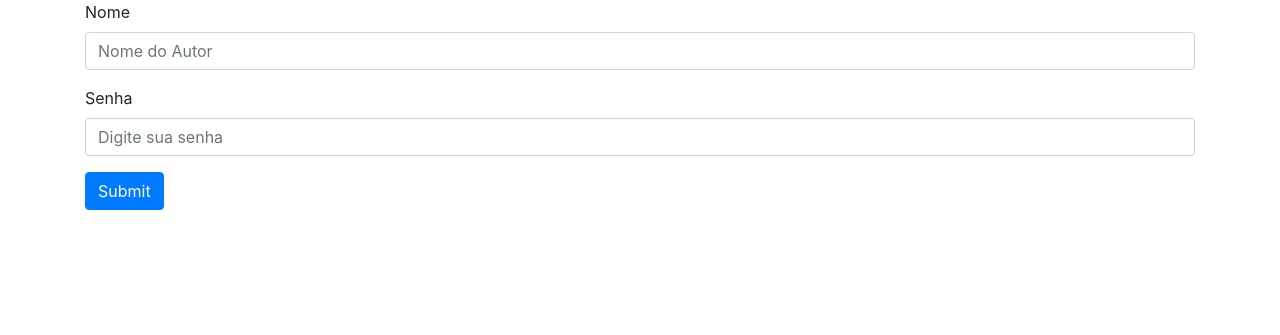
Repository: wellersonfc/simple-crud-react
Page: /
These files come from the project's save history. The page is drawn as it stood at one moment and after the next save; the edit follows.
The browser window is 1280 px wide. The pictures show the whole page.
The project was rebuilt for these pictures with package versions that can differ from the ones it lists, and the page was loaded fresh each time.

Above is the page before, as saved 2019-09-22 15:26:08.

### src/App.js
import React from 'react';
import logo from './logo.svg';
import 'bootstrap/dist/css/bootstrap.min.css';
function App() {
  return (
    <div className="App">
      <div className="container">
        <div className="form-autor">
          <form>
            <div class="form-group">
              <label for="exampleInputEmail1">Nome</label>
              <input id="nome" class="form-control" type="text" name="nome" value=""  placeholder="Nome do Autor"/>
            </div>
            <div class="form-group">
              <label for="senha">Senha</label>
              <input type="password" class="form-control" id="senha" placeholder="Digite sua senha"/>
            </div>
            <button type="submit" class="btn btn-primary">Submit</button>
        </form>
        </div>
      </div>
    </div>
  );
}

export default App;

Loaded but not shown: public/index.html (common file); src/index.js (common file); src/index.css (common file); src/serviceWorker.js (common file)

After the next save:
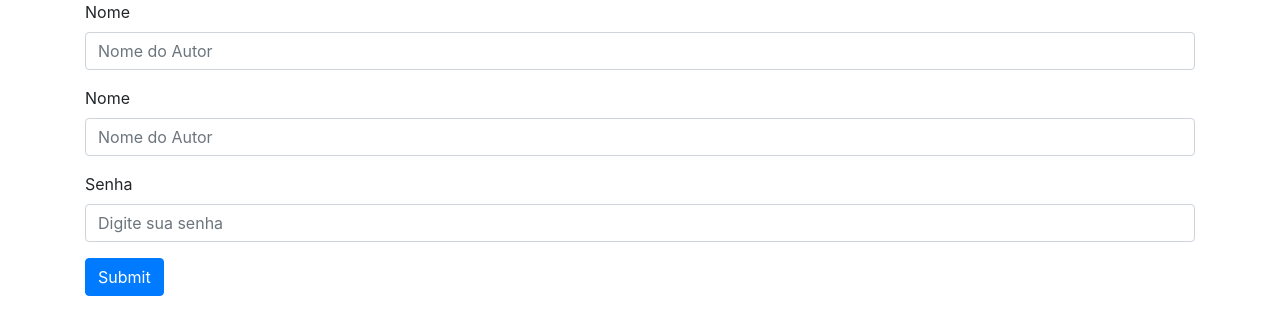
Saved 22 s later.
--- a/src/App.js
+++ b/src/App.js
@@ -7,6 +7,10 @@ function App() {
       <div className="container">
         <div className="form-autor">
           <form>
+            <div class="form-group">
+              <label for="exampleInputEmail1">Nome</label>
+              <input id="nome" class="form-control" type="text" name="nome" value=""  placeholder="Nome do Autor"/>
+            </div>
             <div class="form-group">
               <label for="exampleInputEmail1">Nome</label>
               <input id="nome" class="form-control" type="text" name="nome" value=""  placeholder="Nome do Autor"/>
